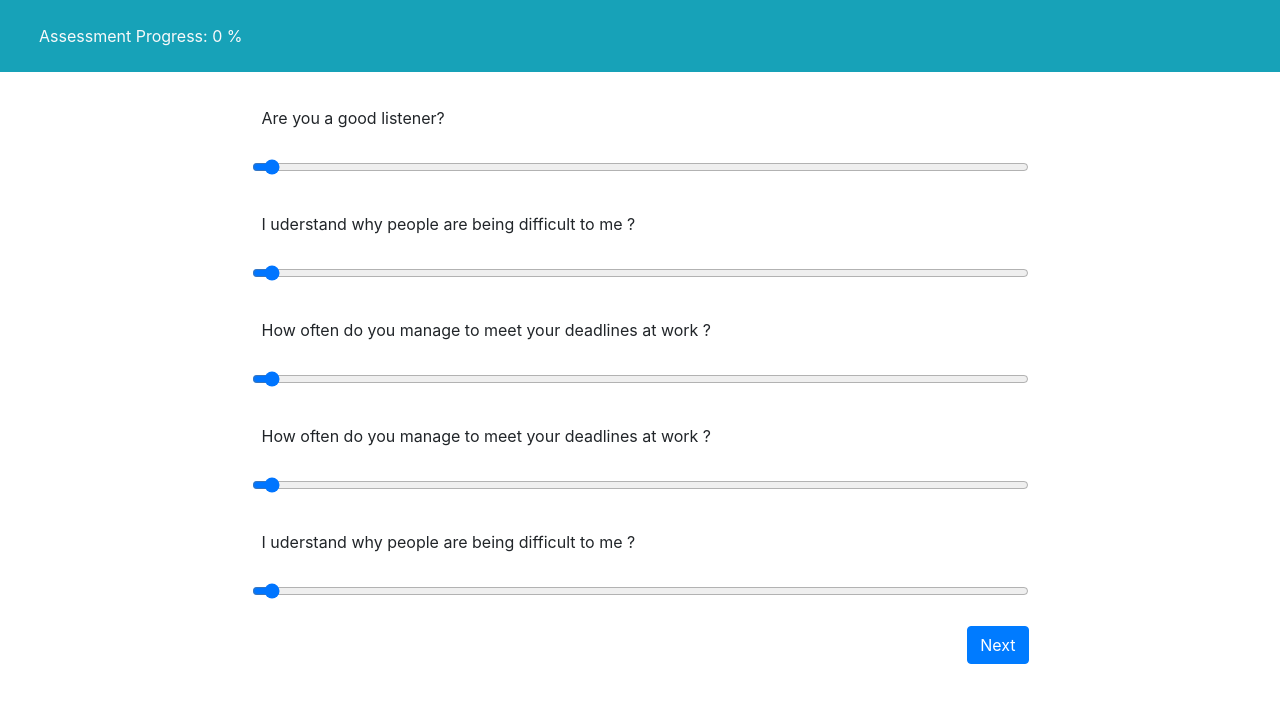
Repository: krushna2/dimentrix_tech
Page: /
An editor plug-in stored every save of this project. The page is shown before and after the next save, followed by the edit.
The browser window is 1280 px wide. The pictures show the whole page.
The project was rebuilt for these pictures with package versions that can differ from the ones it lists, and the page was loaded fresh each time. Also part of the build but not shown: src/components/SecondPageComponent.js, src/components/ThirdPageComponent.js.

Above is the page before, as saved 2020-09-28 15:53:42.

After the next save:
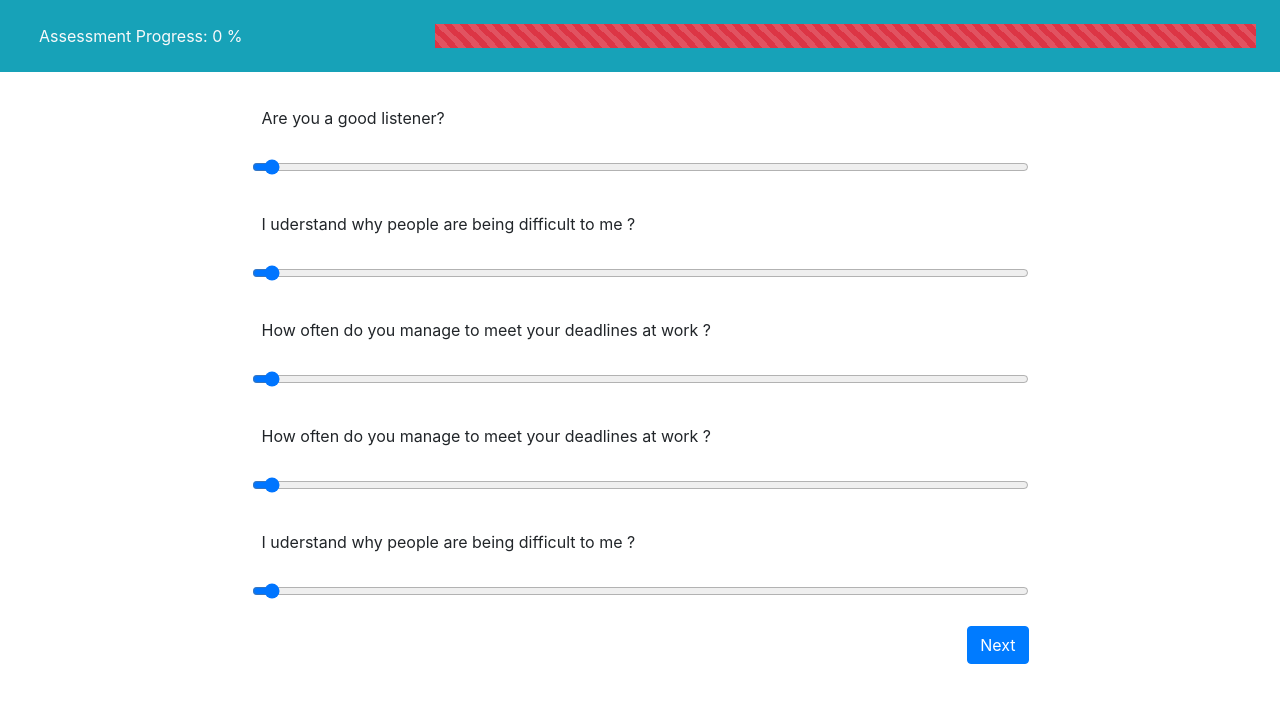
Saved 16 s later.
--- a/src/components/HeaderComponent.js
+++ b/src/components/HeaderComponent.js
@@ -23,7 +23,8 @@
         Nav dark className = "text-light bg-info p-4" >
         <
         div className = "col-4" > Assessment Progress: { percentage } % < /div>        <
-        Progress bar animated color = { colour(percentage) }
+        Progress bar animated className = "col-8"
+        color = { colour(percentage) }
         value = { percentage }
         min = "0"
         max = "100" / >
